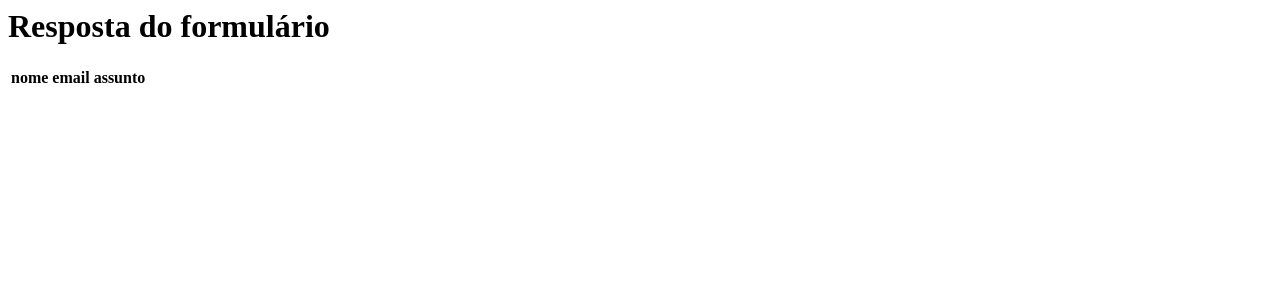
Repository: BrunoCesarAngst/poo
Page: aula04/views/formRsp.html
An editor plug-in stored every save of this project. The page is shown before and after the next save, followed by the edit.
The browser window is 1280 px wide. The pictures show the whole page.

Above is the page before, as saved 2020-08-22 20:34:26.

### aula04/views/formRsp.html
<h1>Resposta do formulário</h1>

<div class="table-responsive-md">
  <table class="table-dark table-striped">
    <thead>
      <tr>
        <th scope="col">nome</th>

        <th scope="col">email</th>
        <th scope="col">assunto</th>
      </tr>
    </thead>

    <tbody>
      <tr>
        <td id="name"></td>
        <td id="email"></td>
        <td id="subject"></td>
      </tr>
    </tbody>
  </table>
</div>

After the next save:
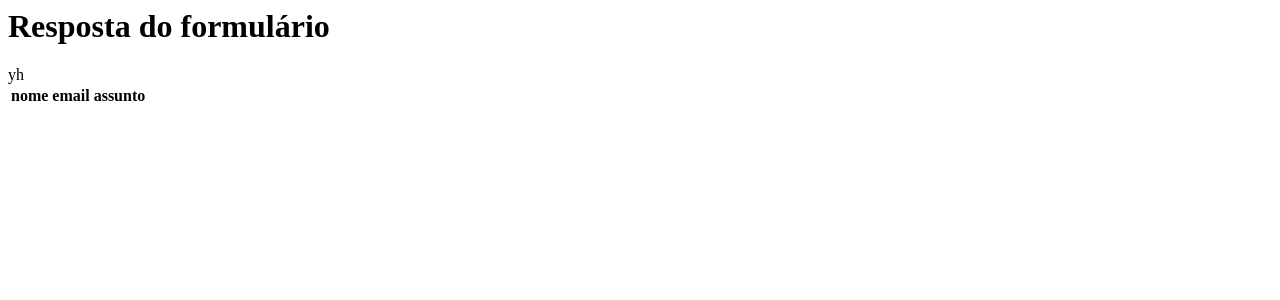
Saved 4 s later.
--- a/aula04/views/formRsp.html
+++ b/aula04/views/formRsp.html
@@ -5,7 +5,7 @@
     <thead>
       <tr>
         <th scope="col">nome</th>
-
+        yh
         <th scope="col">email</th>
         <th scope="col">assunto</th>
       </tr>

After the save that followed:
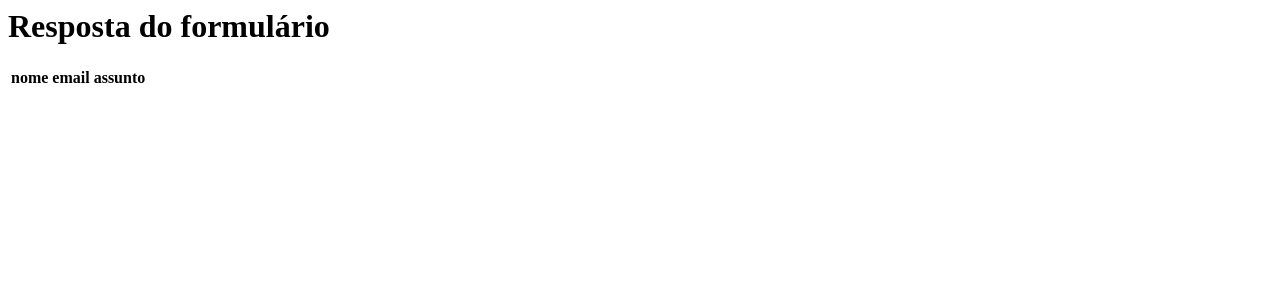
Saved 1 s later.
--- a/aula04/views/formRsp.html
+++ b/aula04/views/formRsp.html
@@ -5,7 +5,7 @@
     <thead>
       <tr>
         <th scope="col">nome</th>
-        yh
+
         <th scope="col">email</th>
         <th scope="col">assunto</th>
       </tr>
